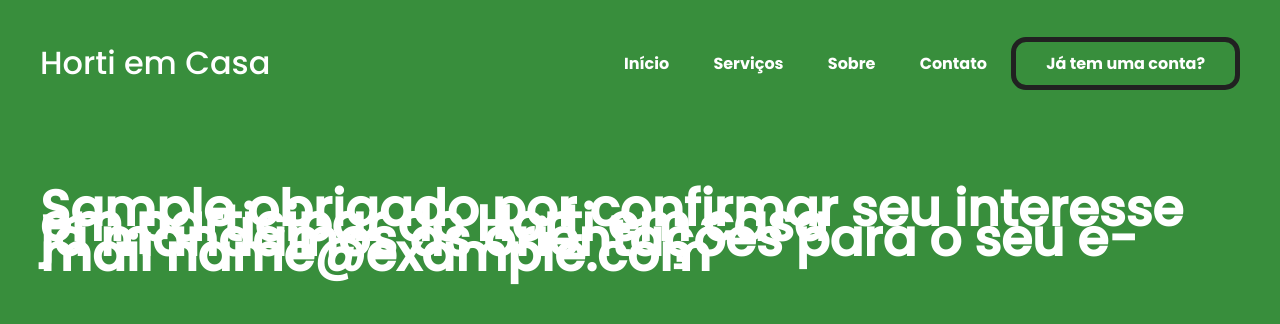
Repository: gabrielcastroo/horti-em-casa
Page: index.html
These files come from the project's save history. The page is drawn as it stood at one moment and after the next save; the edit follows.
The browser window is 1280 px wide. The pictures show the whole page.
Empty fields were first filled with sample values (such as "Sample", 5 or name@example.com).
After loading, the first visible `#submit` was clicked once.

Above is the page before, as saved 2022-04-26 15:09:40.

### index.html
<!DOCTYPE html>
<html lang="pt-br">
<head>
    <meta charset="UTF-8">
    <meta http-equiv="X-UA-Compatible" content="IE=edge">
    <link href="styles/style.css" rel="stylesheet">
    <link href="styles/fonts.css" rel="stylesheet">
    <link href="/styles/media.css" rel="stylesheet">
    <title>Horti em Casa</title>
</head>
<body>
    <header>
        <div>
            <h1>
                Horti em Casa
            </h1>
        </div>

        <ul>
            <a href="#"><li>Início</li></a>
            <a href="#"><li>Serviços</li></a>
            <a href="#"><li>Sobre</li></a>
            <a href="#"><li>Contato</li></a>
            <a href="#" id="inscrever"><li>Já tem uma conta?</li></a>
        </ul>
    </header>

    <main>
        <aside>
            <h2>
                <span>
                    Faça Parte Agora
                </span>
            </h2>
            <h2>
                do Horti em Casa!
            </h2>
            <p>
                O melhor lugar para encontrar os melhores produtos orgânicos da sua região!
                Apoie agricultores locais e encontre os melhores produtos perto de você!
                Não tem nada melhor que nossa casa então venha para Horti em Casa
            </p>
            <form>
                <input type = "text" id = "name" placeholder = "Nome">
                <input type = "email" id = "email" placeholder = "E-mail">
                <input type = "submit" value = "Quero Participar" id="submit">
            </form>
        </aside>

        <article>
            <img src="components/images/legumes.png" alt = "legumes">
        </article>
    </main>
    <script src="js/script.js"></script>
</body>
</html>

### styles/style.css
body{
    /* background-color: rgba(#388E3C); */
    background-color: rgb(56, 142, 60);
    color: white;
    font-family: poppinsregular;
    max-Width: 1200px;
    margin: 0 auto;
    padding: 15px;
}

aside {
    display: flex;
    align-items: center;
    flex-direction: column;
}

header {
    display: flex; /* disposição dos elementos*/
    flex-direction: row;
    justify-content: space-between;
    align-items: center;

}

#title {
    flex-direction: column;
    line-height: 10px;

}

li{
    display: inline-block;
    margin: 20px;
}

a{
    color: white;
    font-family: poppinsbold;
}

a:hover {
    color: rgb(33, 33, 33);
    transition: 0.3s all;
}

#inscrever {
    border: 5px solid rgb(33, 33, 33);
    padding:10px;
    border-radius: 15px;
}

#inscrever:hover {
    background-color: rgb(33, 33, 33);
    color: white;
}

h1 {
    font-weight: 400;
    font-family: poppinsmedium;
}

h2{
    font-size: 50px;
    line-height: 15px;
    font-family: poppinsmedium;
}

main {
    display: flex; /* disposição dos elementos*/
    flex-direction: row;
    margin-top: 50px;
}

span{
    color: rgb(33, 33, 33)
}

p{
    line-height: 20px;
    max-width: 500px;
    font-family: poppinslight;
}

img {
    width: 380px;
    padding-left: 250px;
}

form {
    display: flex;
    flex-direction: column;
    width: 70%;
}

#submit {
    height: 20px;
    width: 100%;
    background-color: rgb(33,33,33);
    color: white;
    font-weight: bold;
    padding-bottom: 30px;
}

#submit:hover {
    cursor: pointer;
}

input {
    margin-top: 20px;
    height: 20px;
    padding: 15px;
    border-radius: 20px;
    border: none;
    font-size: 15px;
}

### styles/fonts.css
@font-face {
    font-family: 'poppinsblack';
    src: url('../components/fonts/poppins-black-webfont.woff2') format('woff2'),
         url('../components/fonts/poppins-black-webfont.woff') format('woff');
    font-weight: normal;
    font-style: normal;

  }




  @font-face {
    font-family: 'poppinsbold';
    src: url('../components/fonts/poppins-bold-webfont.woff2') format('woff2'),
         url('../components/fonts/poppins-bold-webfont.woff') format('woff');
    font-weight: normal;
    font-style: normal;

  }


  @font-face {
    font-family: 'poppinslight';
    src: url('../components/fonts/poppins-light-webfont.woff2') format('woff2'),
         url('../components/fonts/poppins-light-webfont.woff') format('woff');
    font-weight: normal;
    font-style: normal;

  }


  @font-face {
    font-family: 'poppinsmedium';
    src: url('../components/fonts/poppins-medium-webfont.woff2') format('woff2'),
         url('../components/fonts/poppins-medium-webfont.woff') format('woff');
    font-weight: normal;
    font-style: normal;

  }

  @font-face {
    font-family: 'poppinsregular';
    src: url('../components/fonts/poppins-regular-webfont.woff2') format('woff2'),
         url('../components/fonts/poppins-regular-webfont.woff') format('woff');
    font-weight: normal;
    font-style: normal;

  }

  @font-face {
    font-family: 'poppinssemibold';
    src: url('../components/fonts/poppins-semibold-webfont.woff2') format('woff2'),
         url('../components/fonts/poppins-semibold-webfont.woff') format('woff');
    font-weight: normal;
    font-style: normal;

  }

### styles/media.css
@media screen and (max-width: 1148px){

    a {
        font-size: 2.5em;
    }

    p {
        font-size: 1.1em;
    }

    header {
        flex-direction: column;
    }

    main {
        flex-direction: column;
    }

    h2 {
        font-size: 1.5em;
    }

    form {
        margin: 0 auto;

    }

    #submit {
        padding: 15px;
        font-size: 2em;
        width: 28rem;
        height: 2.2em;
    }

    input{
        align-self: center;
        font-size: 2em;
        height: 1.5em;
    }

    img{
        display: none;
    }

    ul {
        text-align: center;
    }
}

### js/script.js
var input = document.querySelector("#submit");


input.addEventListener("click", function(e) {

    e.preventDefault();
    const name = document.querySelector("#name").value;
    const email = document.querySelector("#email").value;
    const content = document.querySelector("main");

    content.innerHTML= `<h2> ${name} obrigado por confirmar seu interesse em participar do Horti em casa <br> já mandamos as orientações para o seu e-mail ${email}</h2`;
    console.log(name + " " + email)

})

After the next save:
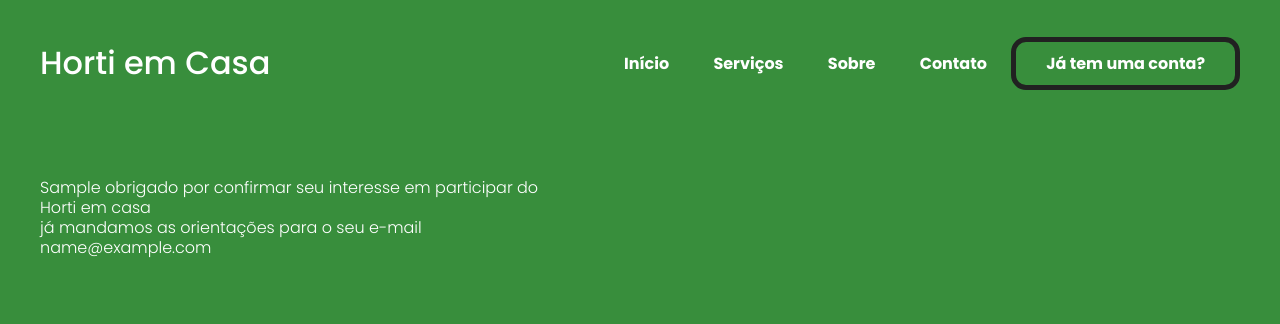
Saved 50 s later.
--- a/js/script.js
+++ b/js/script.js
@@ -8,7 +8,7 @@
     const email = document.querySelector("#email").value;
     const content = document.querySelector("main");
 
-    content.innerHTML= `<h2> ${name} obrigado por confirmar seu interesse em participar do Horti em casa <br> já mandamos as orientações para o seu e-mail ${email}</h2`;
+    content.innerHTML= `<p> ${name} obrigado por confirmar seu interesse em participar do Horti em casa <br> já mandamos as orientações para o seu e-mail ${email}</p>`;
     console.log(name + " " + email)
 
 })

After the save that followed:
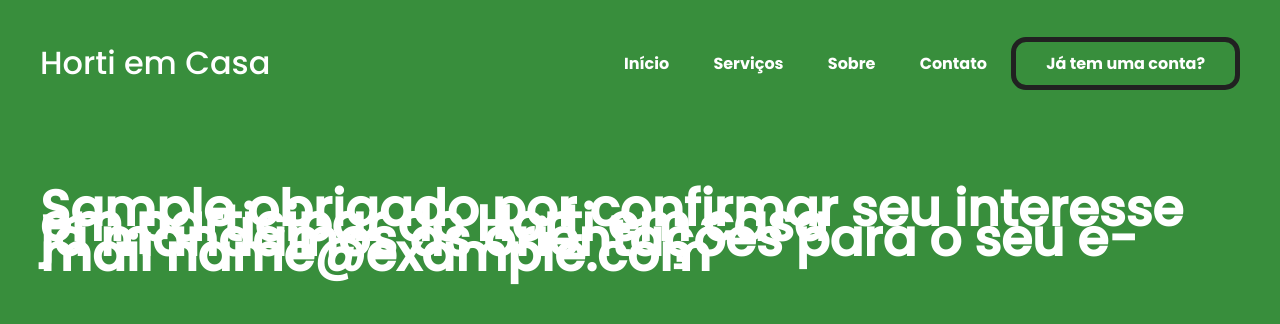
Saved 40 s later.
--- a/js/script.js
+++ b/js/script.js
@@ -8,7 +8,7 @@
     const email = document.querySelector("#email").value;
     const content = document.querySelector("main");
 
-    content.innerHTML= `<p> ${name} obrigado por confirmar seu interesse em participar do Horti em casa <br> já mandamos as orientações para o seu e-mail ${email}</p>`;
+    content.innerHTML= `<h2> ${name} obrigado por confirmar seu interesse em participar do Horti em casa <br> já mandamos as orientações para o seu e-mail ${email}</h2>`;
     console.log(name + " " + email)
 
 })
